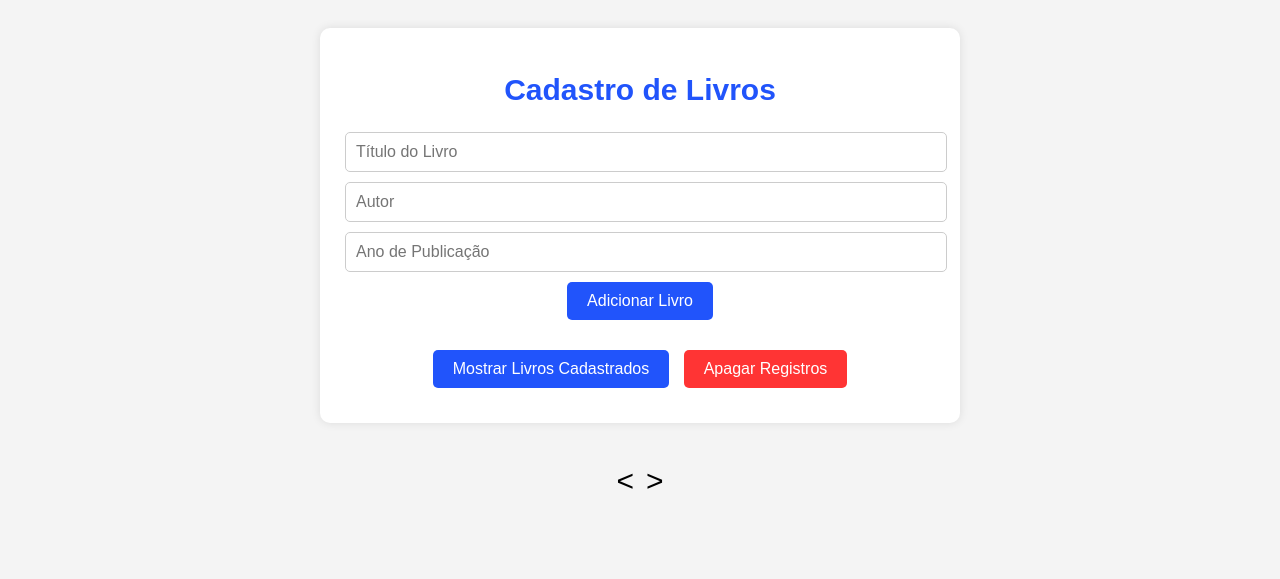
Repository: Matheus904-12/JS-BIN
Page: index.html
These files come from the project's save history. The page is drawn as it stood at one moment and after a run of saves; the edit follows.
The browser window is 1280 px wide. The pictures show the whole page.

Above is the page before, as saved 2023-09-10 21:23:02.

### index.html
<!DOCTYPE html>
<html lang="pt-br">

<head>
    <meta charset="UTF-8">
    <meta name="viewport" content="width=device-width, initial-scale=1.0">
    <title>Biblioteca</title>
    <link rel="stylesheet" href="style.css">
</head>

<body>
    <section class="container">
        <h1 class="titulo">Cadastro de Livros</h1>
        <div class="formulario">
            <input class="input" id="nome" placeholder="Título do Livro" type="text">
            <input class="input" id="autor" placeholder="Autor" type="text">
            <input class="input" id="ano" placeholder="Ano de Publicação" type="number">
            <button class="botao" id="adicionar">Adicionar Livro</button>
        </div>
        <div class="botoes">
            <button class="botao" id="mostrar">Mostrar Livros Cadastrados</button>
            <button class="botao" id="remover">Apagar Registros</button>
        </div>
        <div id="information" class="informacao"></div>
    </section>

    <section class="carrossel">
        <button class="seta" id="ante">&lt;</button>
        <div id="livros" class="livros-box"></div>
        <button class="seta" id="prox">&gt;</button>
    </section>

    <script src="script.js"></script>
</body>

</html>

### style.css
/* Adicione este CSS ao seu arquivo style.css */

body {
    font-family: Arial, sans-serif;
    background-color: #f4f4f4;
    display: flex;
    flex-direction: column;
    align-items: center;
}

.container {
    background-color: #fff;
    border-radius: 10px;
    padding: 20px;
    margin: 20px;
    text-align: center;
    max-width: 600px;
    box-shadow: 0 0 10px rgba(0, 0, 0, 0.1);
}

.titulo {
    font-size: 30px;
    margin-bottom: 20px;
    color: #2154fb;
}

.formulario {
    margin-bottom: 20px;
}

.input {
    padding: 10px;
    margin: 5px;
    width: calc(100% - 20px);
    border: 1px solid #ccc;
    border-radius: 5px;
    font-size: 16px;
}

.botao {
    padding: 10px 20px;
    margin: 5px;
    border: none;
    border-radius: 5px;
    font-size: 16px;
    cursor: pointer;
}

.botao#adicionar {
    background-color: #2154fb;
    color: #fff;
}

.botao#mostrar {
    background-color: #2154fb;
    color: #fff;
}

.botao#remover {
    background-color: #ff3434;
    color: #fff;
}

.informacao {
    font-size: 18px;
    margin-top: 10px;
}

.carrossel {
    display: flex;
    align-items: center;
    margin-top: 20px;
}

.livros-box {
    display: flex;
    gap: 10px;
    overflow-x: auto;
}

.livro {
    width: 100px;
    height: 150px;
    background-color: #fff;
    border: 1px solid #ccc;
    border-radius: 5px;
    display: flex;
    flex-direction: column;
    justify-content: center;
    align-items: center;
}

.livro img {
    max-width: 80px;
    max-height: 100px;
    object-fit: cover;
}

.seta {
    font-size: 30px;
    background-color: transparent;
    border: none;
    cursor: pointer;
}

.seta:focus {
    outline: none;
}

.mensagem {
    position: fixed;
    bottom: 20px;
    left: 50%;
    transform: translateX(-50%);
    background-color: #4caf50;
    color: white;
    padding: 10px 20px;
    border-radius: 5px;
    opacity: 1;
    transition: opacity 1s;
}

### script.js
const ESTANTE = [];
const IMAGENS = [];

function cadastrar(titulo, autor, ano) {
    let livro = {
        tituloLivro: titulo,
        autorLivro: autor,
        anoPub: ano
    }
    ESTANTE.push(livro);
}

let addButton = document.getElementById('adicionar');
let showButton = document.getElementById('mostrar');
let removeButton = document.getElementById('remover');
let prevButton = document.getElementById('ante');
let nextButton = document.getElementById('prox');
let indice = 0;
let info = document.getElementById('information');

addButton.addEventListener("click", () => {
    let titulo = document.querySelector('#nome').value;
    let autor = document.querySelector('#autor').value;
    let ano = document.querySelector('#ano').value;
    cadastrar(titulo, autor, ano);
    let imgsGuardadas = ['img/img1.png', 'img/img2.png', 'img/img3.png'];
    IMAGENS.push(imgsGuardadas[indice]);
    let livrosBox = document.getElementById('livros');
    let novoLivro = document.createElement('div');
    novoLivro.classList.add('livro');
    novoLivro.innerHTML = `<h3>${titulo}</h3><p>Autor: ${autor}</p><p>Ano: ${ano}</p><img src="${IMAGENS[indice]}" alt="${titulo}">`;
    livrosBox.appendChild(novoLivro);
    ++indice;
    info.innerHTML = `${IMAGENS.length} Livro(s) cadastrado(s)`;

    let mensagem = document.createElement('div');
    mensagem.classList.add('mensagem');
    mensagem.innerHTML = 'Livro adicionado com sucesso!';
    document.body.appendChild(mensagem);

    setTimeout(() => {
        mensagem.style.opacity = 0;
        setTimeout(() => {
            mensagem.remove();
        }, 1000);
    }, 3000);
});

showButton.addEventListener("click", () => {
    for (let item of ESTANTE) {
        let novo = document.createElement('h2');
        novo.innerHTML = `Livro: ${item.tituloLivro}, Autor(a): ${item.autorLivro}, Ano: ${item.anoPub}`;
        let livrosBox = document.getElementById('livros');
        let novoLivro = document.createElement('div');
        novoLivro.classList.add('livro');
        novoLivro.innerHTML = `<h3>${item.tituloLivro}</h3><p>Autor: ${item.autorLivro}</p><p>Ano: ${item.anoPub}</p><img src="img/default.png" alt="${item.tituloLivro}">`;
        livrosBox.appendChild(novoLivro);
    }
});

removeButton.addEventListener("click", () => {
    let livrosBox = document.getElementById('livros');
    livrosBox.innerHTML = "";
    ESTANTE.length = 0;
    IMAGENS.length = 0;
    info.innerHTML = "Nenhum livro cadastrado";
    indice = 0;
});

let i = 0
let img = document.getElementById('img');

prevButton.addEventListener('click', () => {
    if (i > 0) {
        img.src = IMAGENS[--i];
    }
});

nextButton.addEventListener('click', () => {
    if (i < IMAGENS.length - 1) {
        img.src = IMAGENS[++i];
    }
});

After the next 2 saves:
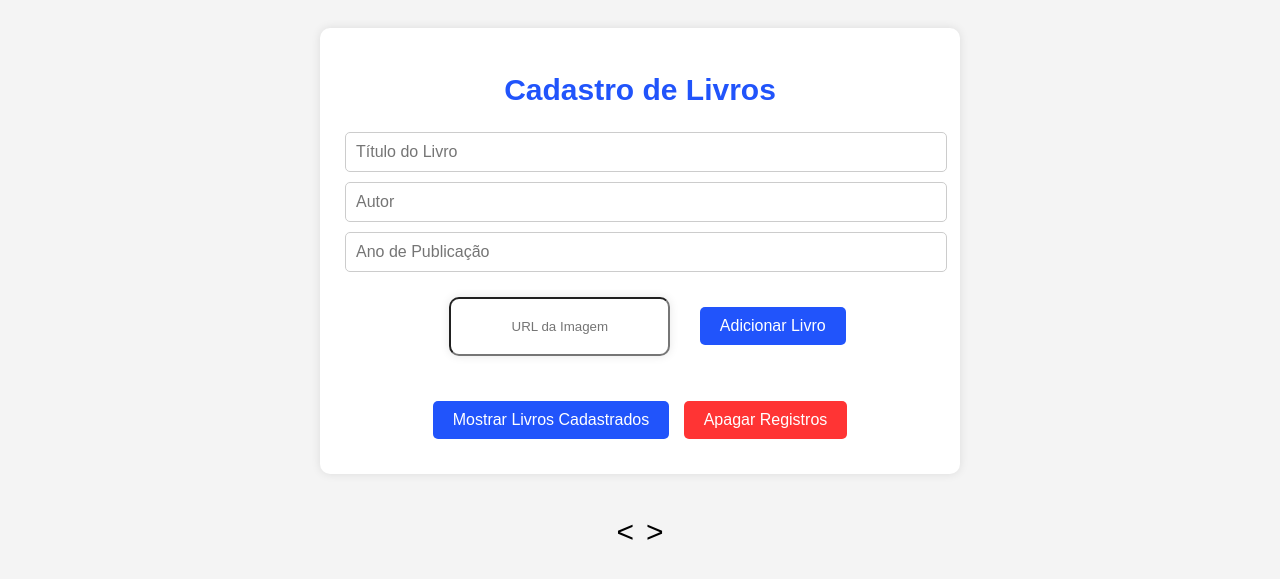
The 2 saves are shown as one change because they came seconds apart.
The last was saved 38 s later.
--- a/index.html
+++ b/index.html
@@ -15,6 +15,8 @@
             <input class="input" id="nome" placeholder="Título do Livro" type="text">
             <input class="input" id="autor" placeholder="Autor" type="text">
             <input class="input" id="ano" placeholder="Ano de Publicação" type="number">
+            <input class="container form txt" id="urlImagem" placeholder="URL da Imagem" type="text">
+
             <button class="botao" id="adicionar">Adicionar Livro</button>
         </div>
         <div class="botoes">
